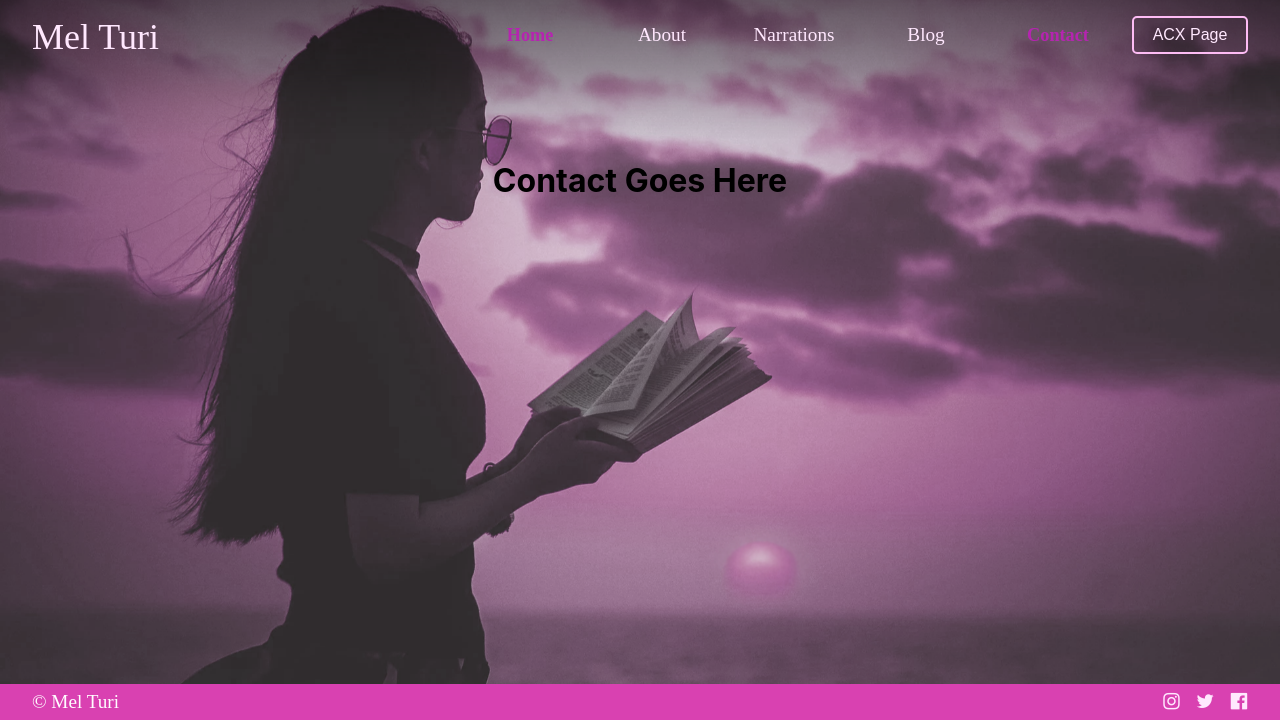
Repository: mel-turi/mel-turi-website
Page: /contact
An editor plug-in stored every save of this project. The page is shown before and after the next save, followed by the edit.
The browser window is 1280 px wide. The pictures show the whole page.
Some web fonts or font styles are not loaded; a fallback is used. The project was rebuilt for these pictures with package versions that can differ from the ones it lists, and the page was loaded fresh each time. Also part of the build but not shown: src/Main.js, src/About.js, src/Narrations.js, src/Blog.js.

Above is the page before, as saved 2019-08-24 15:06:22.

### public/index.html
<!DOCTYPE html>
<html lang="en">
  <head>
    <meta charset="utf-8" />
    <link rel="apple-touch-icon" sizes="57x57" href="/apple-icon-57x57.png" />
    <link rel="apple-touch-icon" sizes="60x60" href="/apple-icon-60x60.png" />
    <link rel="apple-touch-icon" sizes="72x72" href="/apple-icon-72x72.png" />
    <link rel="apple-touch-icon" sizes="76x76" href="/apple-icon-76x76.png" />
    <link
      rel="apple-touch-icon"
      sizes="114x114"
      href="/apple-icon-114x114.png"
    />
    <link
      rel="apple-touch-icon"
      sizes="120x120"
      href="/apple-icon-120x120.png"
    />
    <link
      rel="apple-touch-icon"
      sizes="144x144"
      href="/apple-icon-144x144.png"
    />
    <link
      rel="apple-touch-icon"
      sizes="152x152"
      href="/apple-icon-152x152.png"
    />
    <link
      rel="apple-touch-icon"
      sizes="180x180"
      href="/apple-icon-180x180.png"
    />
    <link
      rel="icon"
      type="image/png"
      sizes="192x192"
      href="/android-icon-192x192.png"
    />
    <link rel="icon" type="image/png" sizes="32x32" href="/favicon-32x32.png" />
    <link rel="icon" type="image/png" sizes="96x96" href="/favicon-96x96.png" />
    <link rel="icon" type="image/png" sizes="16x16" href="/favicon-16x16.png" />
    <link rel="manifest" href="/manifest.json" />
    <meta name="msapplication-TileColor" content="#ffffff" />
    <meta name="msapplication-TileImage" content="/ms-icon-144x144.png" />
    <meta name="theme-color" content="#ffffff" />
    <meta name="viewport" content="width=device-width, initial-scale=1" />
    <meta name="description" content="Portfolio website for Mel Turi" />
    <link
      href="https://fonts.googleapis.com/css?family=Sail&display=swap"
      rel="stylesheet"
    />
    <link
      href="https://stackpath.bootstrapcdn.com/font-awesome/4.7.0/css/font-awesome.min.css"
      rel="stylesheet"
      integrity="sha384-wvfXpqpZZVQGK6TAh5PVlGOfQNHSoD2xbE+QkPxCAFlNEevoEH3Sl0sibVcOQVnN"
      crossorigin="anonymous"
    />
    <link rel="apple-touch-icon" href="logo192.png" />

    <link rel="manifest" href="%PUBLIC_URL%/manifest.json" />

    <title>Mel Turi | Audible Narrator</title>
  </head>
  <body>
    <noscript>You need to enable JavaScript to run this app.</noscript>
    <div id="root"></div>
  </body>
</html>

### src/index.css
:root {
  --light-primary-color: #ffe8fe;
  --light-secondary-color: #fffdff;
  --dark-primary-color: #d941b1;
  --dark-secondary-color: #b524b0;
}

body {
  text-decoration: none;
  text-decoration-color: none;
  margin: 0;
  padding: 0;
  font-family: -apple-system, BlinkMacSystemFont, 'Segoe UI', 'Roboto', 'Oxygen',
    'Ubuntu', 'Cantarell', 'Fira Sans', 'Droid Sans', 'Helvetica Neue',
    sans-serif;
  -webkit-font-smoothing: antialiased;
  -moz-osx-font-smoothing: grayscale;
}

body a {
  text-decoration: none;
  color: var(--light-primary-color);
  transition: 0.6s;
}

a:hover,
.active {
  font-weight: bold;
  font-size: 95%;
}

.active {
  color: var(--dark-secondary-color);
}

code {
  font-family: source-code-pro, Menlo, Monaco, Consolas, 'Courier New',
    monospace;
}

.wrapper {
  background: url(./assets/bg-main-1.png) no-repeat center center fixed;
  background-size: cover;
  z-index: 2;
  display: grid;
  grid-template-rows: auto 1fr auto;
  align-items: space-between;
  min-height: 100vh;
  overflow: auto;
}

/*
*
* Header
*
*/

.nav-wrapper {
  color: var(--light-primary-color);
  font-family: 'Sail', cursive;
  font-size: 1.2rem;
  height: 15vh;
  display: grid;
  grid-template-columns: 1fr 6fr;
  align-items: start;
  justify-content: space-between;
  margin: 0;
  padding: 1rem 0 1rem 0;
  background: linear-gradient(
    rgba(0, 0, 0, 0.45),
    rgba(0, 0, 0, 0.35),
    rgba(0, 0, 0, 0.25),
    rgba(0, 0, 0, 0.1),
    rgba(0, 0, 0, 0)
  );
}

.title {
  font-size: 2.25rem;
  padding-left: 2rem;

  justify-self: start;
}
.main-navigation {
  color: var(--light-primary-color);
  justify-self: end;
  padding-right: 2rem;
}
.main-navigation > ul {
  display: grid;
  grid-template-columns: 1fr 1fr 1fr 1fr 1fr 1fr;
  grid-column-gap: 1rem;
  justify-items: center;
  align-items: center;
  margin: 0;
  padding: 0;
  list-style-type: none;
}

.main-navigation > ul > li {
  justify-self: center;
}

.button {
  font-family: Arial, Helvetica, sans-serif;
  font-size: 1rem;
  border: 2px solid #fdbcf4;
  border-radius: 5px;
  padding: 0.5rem 1rem 0.5rem 1rem;
  width: 5rem;
}
/*
*
* Main
*
*/

.main-container {
  color: var(--light-primary-color);
  font-family: -apple-system, BlinkMacSystemFont, 'Segoe UI', Roboto, Oxygen,
    Ubuntu, Cantarell, 'Open Sans', 'Helvetica Neue', sans-serif;
  font-size: 1.2rem;
}

.home {
  height: 50vh;
  display: grid;
  grid-template-columns: repeat(9, 1fr);
  grid-template-rows: repeat(5, 1fr);
  align-items: center;
  justify-content: space-between;
  margin: 0;
  padding: 1rem 0 1rem 0;
}

.big-title {
  border: 1px solid var(--dark-primary-color);
  grid-column: 3 / span 5;
  grid-row: 1 / span 1;
  height: 35vh;
  margin: 2rem;
  background: rgba(255, 255, 255, 0.25);
}

/* .main-container {
  color: var(--light-primary-color);
  font-family: Arial, Helvetica, sans-serif;
  font-size: 1.2rem;
  height: 50vh;
  display: grid;
  grid-template-columns: repeat(9, 1fr);
  grid-template-rows: repeat(5, 1fr);
  align-items: center;
  justify-content: space-between;
  margin: 0;
  padding: 1rem 0 1rem 0;
}

.about-me {
  border: 1px solid var(--dark-primary-color);
  grid-column: 3 / span 5;
  grid-row: 1 / span 1;
  height: 65vh;
  margin: 2rem;
  background: rgba(255, 255, 255, 0.25);
}


.testimonials {
  display: grid;
  grid-template-columns: repeat(9, 1fr);
  grid-template-rows: repeat(5, 1fr);
  align-items: center;
  justify-content: space-between;
  margin: 0;
  padding: 1rem 0 1rem 0;
}
.testimonial-1 {
  grid-column: 1 / span 3;
  grid-row: 3 / span 1;
  margin: 1rem;
}
.testimonial-2 {
  grid-column: 7 / span 3;
  grid-row: 3 / span 1;
  margin: 1rem;
} */

/*
*
* Footer
*
*/

footer {
  bottom: 0;
  width: 100%;
  position: absolute;
  color: var(--light-secondary-color);
  font-family: 'Sail', cursive;
  font-size: 1.2rem;
  height: 5vh;
  display: grid;
  grid-template-columns: 1fr 1fr;
  align-items: center;
  justify-content: space-between;
  margin: 0;
  padding: 0;
  background: var(--dark-primary-color);
}
.social-footer {
  justify-self: end;
  padding-right: 2rem;
}
.social-footer > ul {
  display: grid;
  grid-template-columns: 1fr 1fr 1fr;
  grid-column-gap: 1rem;
  justify-items: center;
  align-items: center;
  margin: 0;
  padding: 0;
  list-style-type: none;
}

.copyright {
  justify-self: start;
  padding-left: 2rem;
}

@media (max-height: 600px) {
  .wrapper {
    background: url(./assets/bg-main-2.png) no-repeat center center fixed;
    background-size: cover;
    z-index: 2;
    display: grid;
    grid-template-rows: auto 1fr auto;
    align-items: space-between;
    min-height: 100vh;
  }
}

@media (max-width: 786px) {
  body {
    max-width: 786px;
    padding: 0;
    margin: 0;
  }
  .wrapper {
    background: url(./assets/bg-mobile.png) no-repeat center center fixed;

    display: flex;
    flex-direction: column;
    flex-wrap: wrap;
    justify-content: center;
    align-items: center;
  }
  .main-container {
    display: flex;
    flex-direction: column;
  }

  .big-title {
    border: none;
    background: none;
  }

  .testimonial-1 {
    padding-bottom: 2rem;
  }
  .testimonial-2 {
    padding-bottom: 2rem;
  }
  .nav-wrapper {
    display: flex;
    flex-direction: column;
    justify-content: center;
    align-items: center;
    background: none;
    padding: 0;
    margin: 0;
  }
  .main-navigation {
    margin: 0;
    padding: 0;
  }
  .main-navigation > ul {
    display: flex;
    flex-direction: column;
    align-items: center;
    padding: 0;
    margin: 0;
  }
  .title {
    font-size: 2.25rem;
    padding: 0;
    margin: 0;
    position: fixed;
    width: 100vw;
    top: 0;
    background: var(--dark-primary-color);
    justify-self: center;
  }
}

### src/App.js
import React from 'react';
import Footer from './Footer';
import Header from './Header';
import Main from './Main';
import About from './About';
import Narrations from './Narrations';
import Blog from './Blog';
import Contact from './Contact';
import './App.css';
import { BrowserRouter as Router, Switch, Route } from 'react-router-dom';

class App extends React.Component {
  constructor(props) {
    super();
    this.state = {
      page: 'home',
      containerpage: 'main-container',
      item1: {
        class: '',
        title: '',
        content: ''
      },
      item2: {
        class: ''
      },
      item3: {
        class: ''
      }
    };
  }

  render() {
    return (
      <Router>
        <div className='App'>
          <div className='wrapper'>
            <Header />
            <Switch>
              <Route
                path='/'
                exact
                render={props => (
                  <Main {...props} page='home' state={this.state} />
                )}
              />
              <Route
                path='/about'
                render={props => (
                  <About {...props} page='about' state={this.state} />
                )}
              />
              <Route
                path='/narrations'
                render={props => (
                  <Narrations {...props} page='narrations' state={this.state} />
                )}
              />
              <Route
                path='/blog'
                render={props => (
                  <Blog {...props} page='blog' state={this.state} />
                )}
              />
              <Route
                path='/contact'
                render={props => (
                  <Contact {...props} page='contact' state={this.state} />
                )}
              />
            </Switch>
            <Footer />
          </div>
        </div>
      </Router>
    );
  }
}

export default App;

### src/Footer.js
import React, { Component } from 'react';

export class Footer extends Component {
  render() {
    return (
      <footer className='footer'>
        <div className='copyright'>&copy; Mel Turi</div>
        <div className='social-footer'>
          <ul>
            <li>
              <a
                target='_blank'
                rel='noopener noreferrer'
                href='https://www.instagram.com/mel.turi'
              >
                <i className='fa fa-instagram'></i>
              </a>
            </li>
            <li>
              <a
                target='_blank'
                rel='noopener noreferrer'
                href='https://www.twitter.com/turimel'
              >
                <i className='fa fa-twitter'></i>
              </a>
            </li>

            <li>
              <a
                target='_blank'
                rel='noopener noreferrer'
                href='https://www.facebook.com/mel.turi.96'
              >
                <i className='fa fa-facebook-official'></i>
              </a>
            </li>
          </ul>
        </div>
      </footer>
    );
  }
}

export default Footer;

### src/Header.js
import React, { Component } from 'react';
import { NavLink } from 'react-router-dom';

export class Header extends Component {
  render() {
    return (
      <nav className='nav-wrapper'>
        <div className='title'>Mel Turi</div>
        <div className='main-navigation'>
          <ul>
            <li>
              <NavLink
                to={{
                  pathname: '/',
                  state: { page: 'home' }
                }}
              >
                Home
              </NavLink>
            </li>
            <li>
              <NavLink
                to={{
                  pathname: '/about',
                  state: { page: 'about' }
                }}
              >
                About
              </NavLink>
            </li>
            <li>
              <NavLink to='/narrations'>Narrations</NavLink>
            </li>
            <li>
              <NavLink to='/blog'>Blog</NavLink>
            </li>
            <li>
              <NavLink to='/contact'>Contact</NavLink>
            </li>
            <div className='button nav-button'>
              <li>
                <a
                  target='_blank'
                  rel='noopener noreferrer'
                  href='https://www.acx.com/narrator?p=AI0XTZMVU6YKG'
                >
                  ACX Page
                </a>
              </li>
            </div>
          </ul>
        </div>
      </nav>
    );
  }
}

export default Header;

### src/Contact.js
import React, { Component } from 'react';

export class Contact extends Component {
  render() {
    return (
      <div>
        <h1>Contact Goes Here</h1>
      </div>
    );
  }
}

export default Contact;

### src/Content.js
import React from 'react';

const Content = props => {
  return (
    <main>
      {/* <div className={props.containerpage}>
        <div className={props.item1.class}>
          <h1>{props.item1.title}</h1>
          <p>{props.item1.content}</p>
        </div> */}
      <div className='item-2-container'>
        <div className='testimonial-1'>
          <h3 className='tt-1'>Testimonial 1</h3>
          <p>
            Lorem ipsum dolor sit amet consectetur adipisicing elit. Accusamus,
            necessitatibus?
          </p>
        </div>
        <div className='testimonial-2'>
          <h3 className='tt-2'>Testimonial 2</h3>
          <p>
            Lorem ipsum dolor sit amet consectetur adipisicing elit. Accusamus,
            necessitatibus?
          </p>
        </div>
      </div>
      {/* </div> */}
    </main>
  );
};

export default Content;

Loaded but not shown: src/index.js (common file); src/App.css (common file)

After the next save:
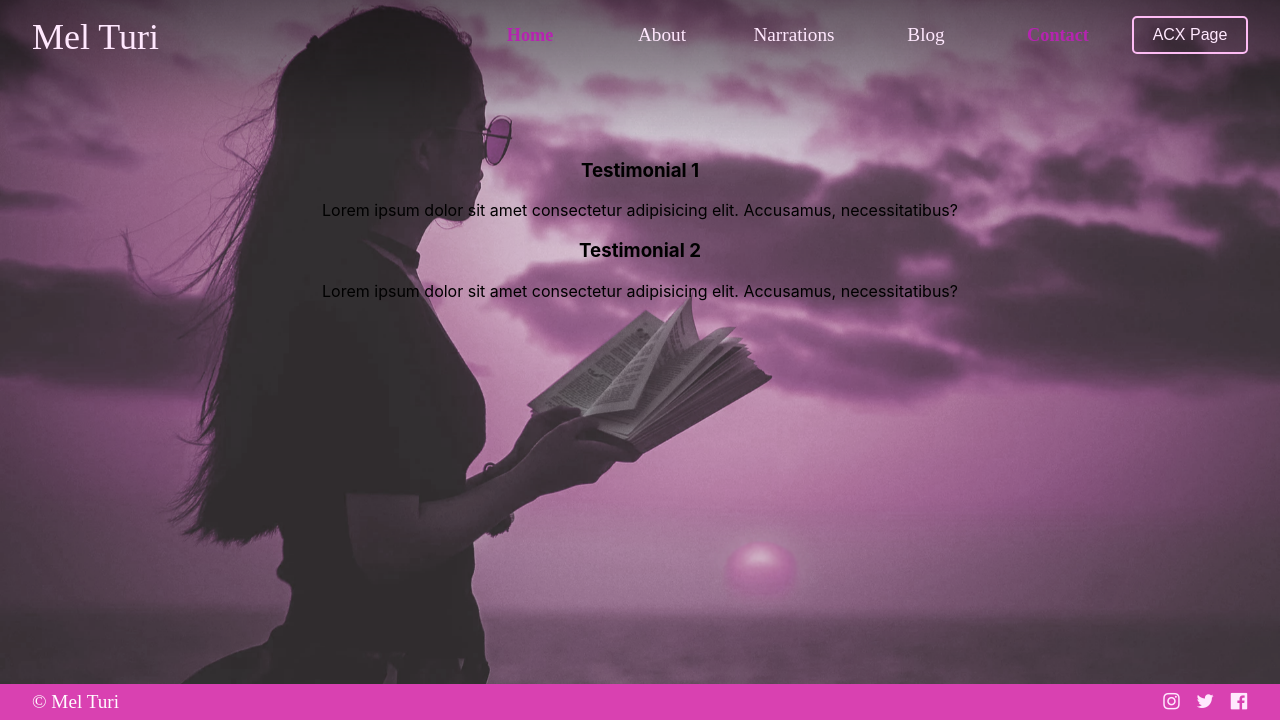
Saved 26 s later.
--- a/src/Contact.js
+++ b/src/Contact.js
@@ -1,13 +1,9 @@
-import React, { Component } from 'react';
+import React from 'react';
+import Content from './Content';
 
-export class Contact extends Component {
-  render() {
-    return (
-      <div>
-        <h1>Contact Goes Here</h1>
-      </div>
-    );
-  }
-}
+const Contact = props => {
+  console.log(props);
+  return <Content page={props.state.page} />;
+};
 
 export default Contact;
